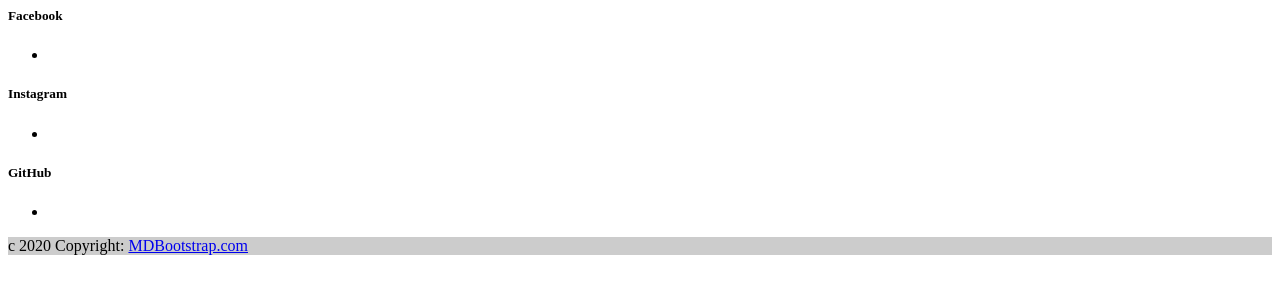
Repository: LucasV26/Projeto_TFT_3
Page: TFTbuilder/WebContent/Views/foot.html
The author's editor kept a copy of each file at every save. The page is drawn from the files as they stood at one save, then again after the next save.
The browser window is 1280 px wide. The pictures show the whole page.

Above is the page before, as saved 2021-01-24 04:53:23.

After the next save:
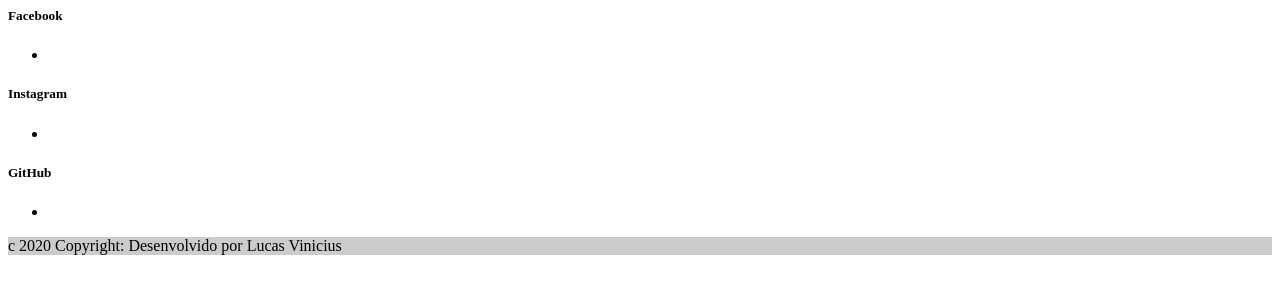
Saved 22 s later.
--- a/TFTbuilder/WebContent/Views/foot.html
+++ b/TFTbuilder/WebContent/Views/foot.html
@@ -52,7 +52,7 @@
 		  <!-- Copyright -->
 		  <div class="text-center p-3" style="background-color: rgba(0, 0, 0, 0.2)">
 		    c 2020 Copyright:
-		    <a class="text-dark" href="https://mdbootstrap.com/">MDBootstrap.com</a>
+		    Desenvolvido por Lucas Vinicius
 		  </div>
 		  <!-- Copyright -->
 		</footer>
